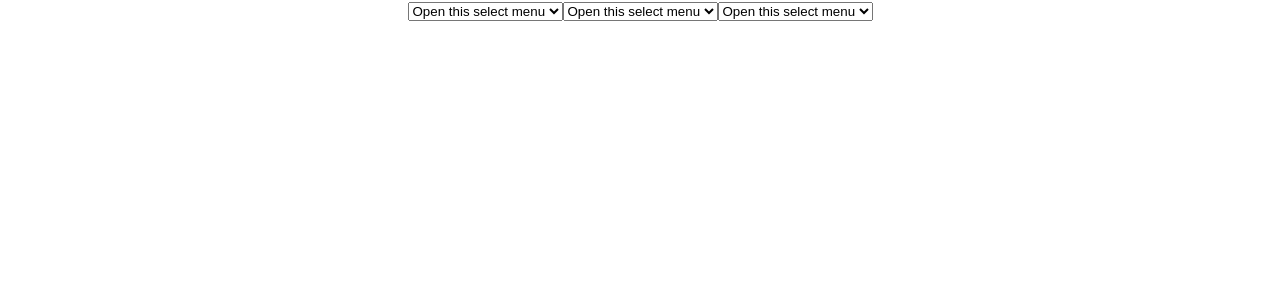
Repository: olahbold/greendoor_project
Page: /
The author's editor kept a copy of each file at every save. The page is drawn from the files as they stood at one save, then again after a run of saves.
The browser window is 1280 px wide. The pictures show the whole page.
The project was rebuilt for these pictures with package versions that can differ from the ones it lists, and the page was loaded fresh each time.

Above is the page before, as saved 2023-06-21 13:58:29.

After the next 4 saves:
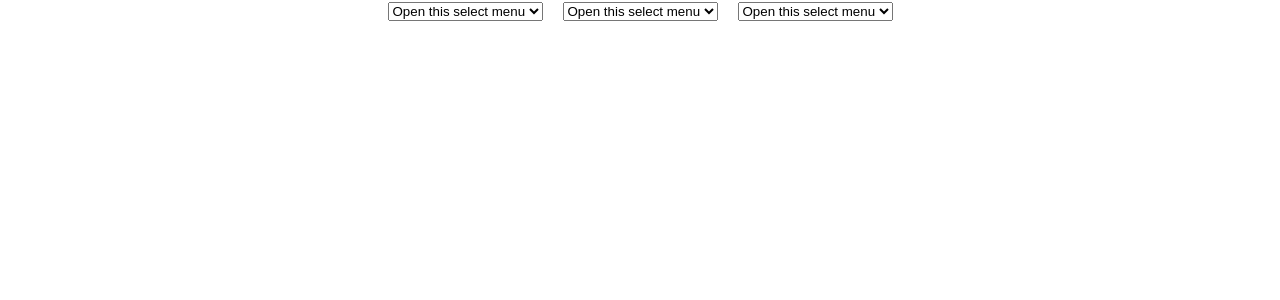
The 4 saves are shown as one change because 1 did not build or start and some came seconds apart.
The last was saved 20 s later.
--- a/src/components/Multipart.js
+++ b/src/components/Multipart.js
@@ -2,7 +2,7 @@ import React from "react";
 import { Form } from "react-bootstrap";
 export default function Multipart() {
   return (
-    <div  style={{display:'flex', flexDirection:'row',justifyContent: 'center'}}>
+    <div  style={{display:'flex', flexDirection:'row',justifyContent: 'center', gap: '20px'}}>
       <div>
         <Form>
           <Form.Select aria-label="Default select example">
